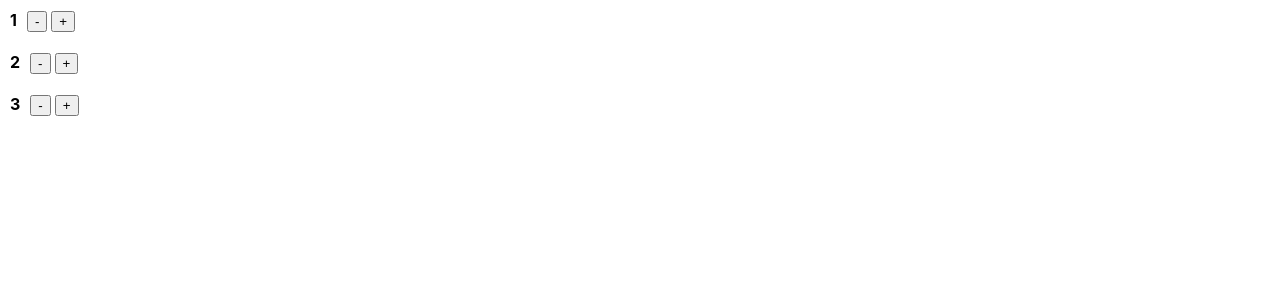
Repository: donalddoe/react_quiz
Page: /
The author's editor kept a copy of each file at every save. The page is drawn from the files as they stood at one save, then again after a run of saves.
The browser window is 1280 px wide. The pictures show the whole page.
The project was rebuilt for these pictures with package versions that can differ from the ones it lists, and the page was loaded fresh each time.

Above is the page before, as saved 2020-08-28 16:17:09.

### src/index.css
body {
  margin: 0;
  font-family: -apple-system, BlinkMacSystemFont, "Segoe UI", "Roboto", "Oxygen",
    "Ubuntu", "Cantarell", "Fira Sans", "Droid Sans", "Helvetica Neue",
    sans-serif;
  -webkit-font-smoothing: antialiased;
  -moz-osx-font-smoothing: grayscale;
}

code {
  font-family: source-code-pro, Menlo, Monaco, Consolas, "Courier New",
    monospace;
}

p {
  margin-bottom: 1rem;
}
.counter {
  padding: 10px;
}

.counter-controls {
  display: inline-block;
  margin-left: 10px;
}

button {
  margin-right: 4px;
}

ol.instructions {
  list-style-type: decimal;
  margin-left: 1rem;
  margin-top: 0.5rem;
}

li {
  margin-bottom: 1rem;
}

ol {
  margin-top: 0.5rem;
  margin-left: 2.5rem;
  list-style-type: decimal;
}

### src/App.js
import React, { Component } from 'react';


// list the three data counters
const data = [
  { id: 1, value: 1 },
  { id: 2, value: 2 },
  { id: 3, value: 3 },
];

// Components counters
class Counter extends Component {
  onIncrement = e => {
    this.props.onIncrement(1);
  };

  onDecrement = () => {
    this.props.onIncrement(-1);
  };
  render() {
    const { value } = this.props;
    return (
      <div className="counter">
        <b>{value}</b>
        <div className="counter-controls">
          <button className="button is-danger is-small" onClick={this.onDecrement} >-</button>
          <button className="button is-success is-small" onClick={this.onIncrement} >+</button>
        </div>
      </div>
    );
  }
}

class App extends Component {
  constructor(props, context) {
    super(props, context);


    // Globally data array
    this.state = {
      data: [...data]
    }
  }

  onIncrement = (counter, increment) => {
    const newValue = counter.value + increment;
    this.setState({
      data: data.map(item => {
        item.value = item.id === counter.id ? newValue : item.value;
        return item;
      })
    });
  };

  render() {
    return (
      <div>
        {data.map((counter) => (
          <Counter key={counter.id} value={counter.value}
            onIncrement={this.onIncrement.bind(this, counter)} />
        ))}
      </div>
    );
  }
}

export default App;

Loaded but not shown: public/index.html (common file); src/index.js (common file); src/serviceWorker.js (common file)

After the next 2 saves:
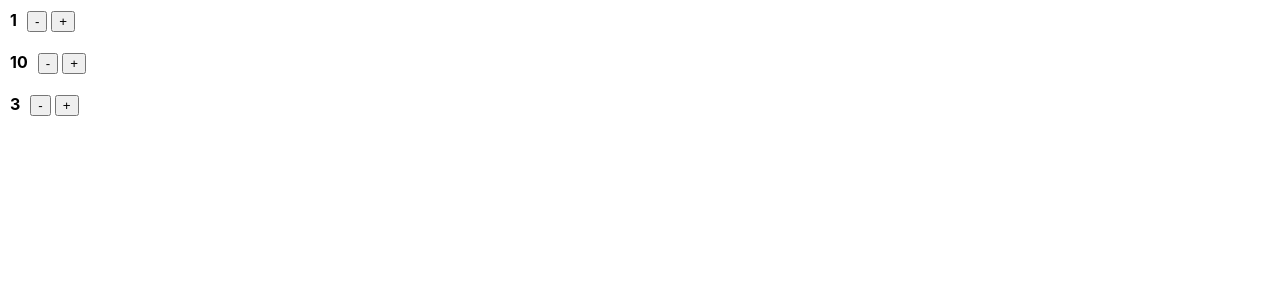
The 2 saves are shown as one change because they came seconds apart.
The last was saved 3 min 29 s later.
--- a/src/App.js
+++ b/src/App.js
@@ -4,7 +4,7 @@ import React, { Component } from 'react';
 // list the three data counters
 const data = [
   { id: 1, value: 1 },
-  { id: 2, value: 2 },
+  { id: 2, value: 10 },
   { id: 3, value: 3 },
 ];
 
